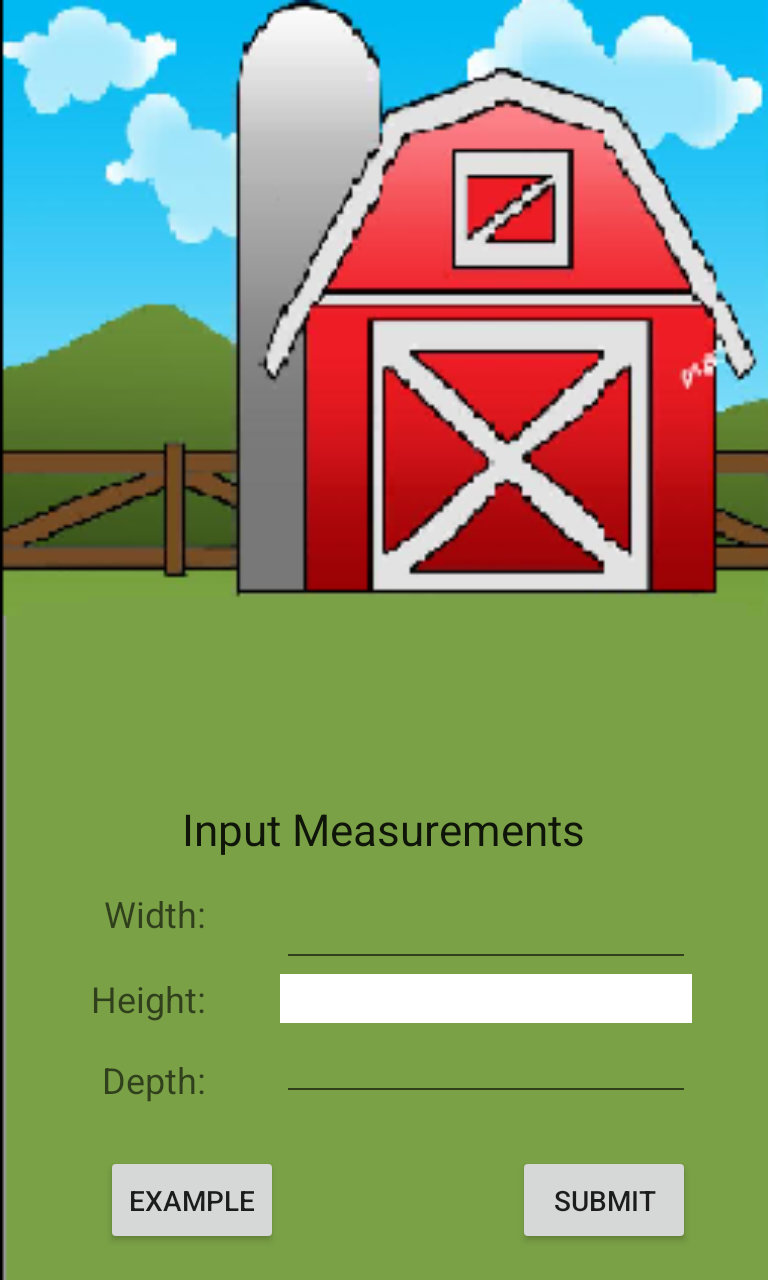
Repository: jdmielke/AnimalApp
Layout: AWEA/res/layout/measurements.xml
The author's editor kept a copy of each file at every save. The layout is drawn from the files as they stood at one save, then again after the next save.
It is drawn on a 768 x 1280 px phone screen (xhdpi) without system bars, with theme AppTheme; the app's code is not run.

Above is the layout before, as saved 2014-10-16 00:05:02.

After the next save:
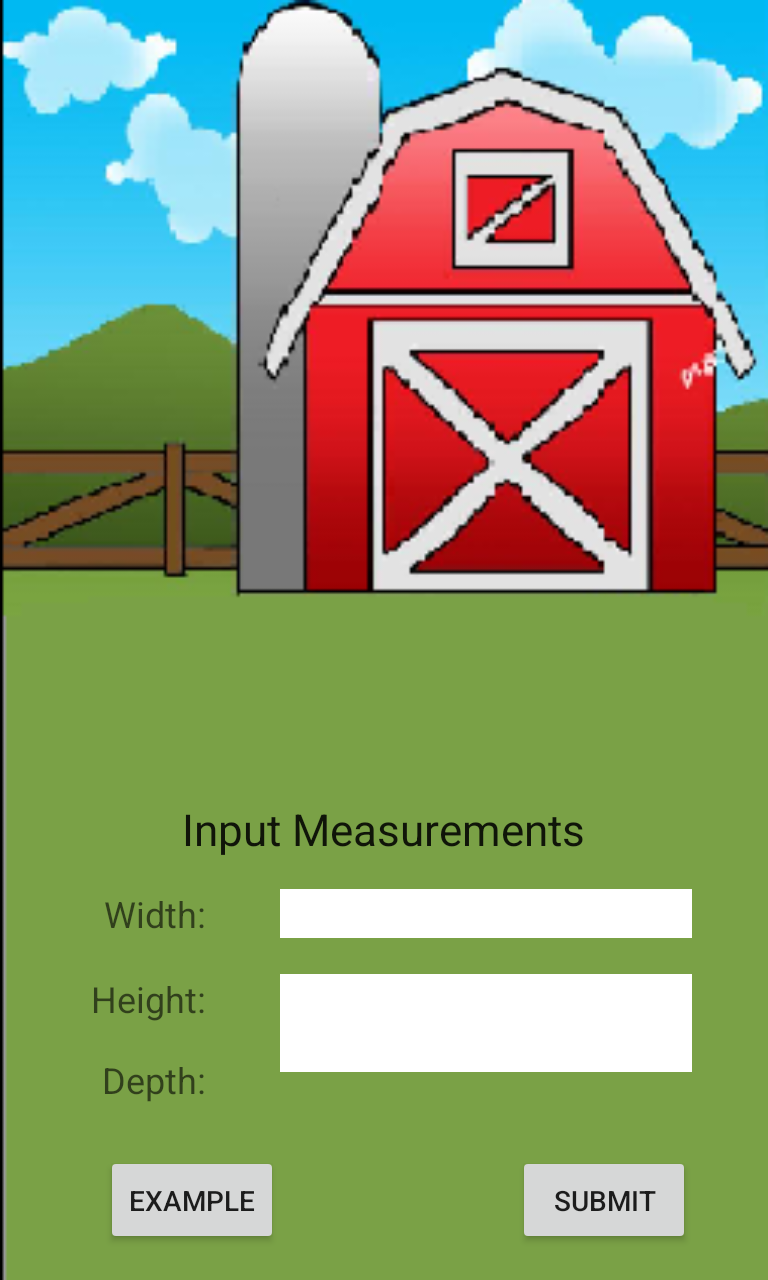
Saved 31 s later.
--- a/AWEA/res/layout/measurements.xml
+++ b/AWEA/res/layout/measurements.xml
@@ -87,7 +87,8 @@
         android:layout_alignRight="@+id/editText2"
         android:layout_below="@+id/editText2"
         android:layout_toRightOf="@+id/button2"
-        android:ems="10" />
+        android:ems="10"
+         android:background="#ffffff"/>
 
     <EditText
         android:id="@+id/editText1"
@@ -96,6 +97,7 @@
         android:layout_alignRight="@+id/button1"
         android:layout_alignTop="@+id/textView2"
         android:layout_toRightOf="@+id/button2"
-        android:ems="10" />
+        android:ems="10"
+        android:background="#ffffff"  />
 
 </RelativeLayout>
